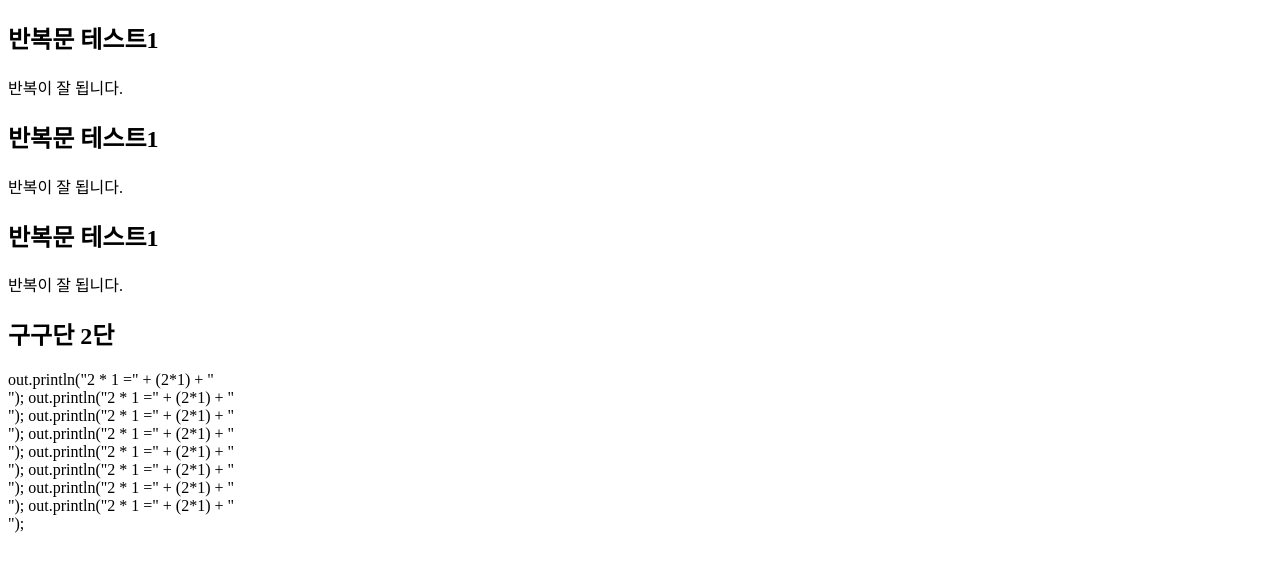
Repository: Kimhwawon/jsp_practice
Page: http://localhost/JSPBasic/JspTag/Scriptlet.jsp
An editor plug-in stored every save of this project. The page is shown before and after the next save, followed by the edit.
The browser window is 1280 px wide. The pictures show the whole page.
The page is served by Tomcat 9.

Above is the page before, as saved 2022-01-28 02:40:28.

### JSPBasic/src/main/webapp/JspTag/Scriptlet.jsp
<%@ page language="java" contentType="text/html; charset=UTF-8"
    pageEncoding="UTF-8"%>
<!DOCTYPE html>
<html>
<head>
<meta charset="UTF-8">
<title>Insert title here</title>
</head>
<body>
	<!-- 스크립트릿 내부에는 자바 코드를 작성할 수 있으며
	이 코드를 반영해 페이지가 구성됩니다.  -->
	<% for(int i = 0; i < 3; i++){ %>
		<h2>반복문 테스트1</h2>
		<p>
			반복이 잘 됩니다.
		</p>
	<% } %>

	<!-- 하단에 구구단 코드를 작성해주세요.
	System.out.prinln() 이 괄호 내 구문을 콘솔에 찍히게 해줬다면
	out.println()은 html화면에 괄호 내 구문을 콘솔에 찍히게 해줍니다.
	(javascript의 document.write()와 같은 역할 )-->
	<h2>구구단 2단</h2>
	<% for(int i = 2; i <= 9; i++){ %>
		out.println("2 * 1 =" + (2*1) + "<br/>");


	<% } %>
</body>
</html>

After the next save:
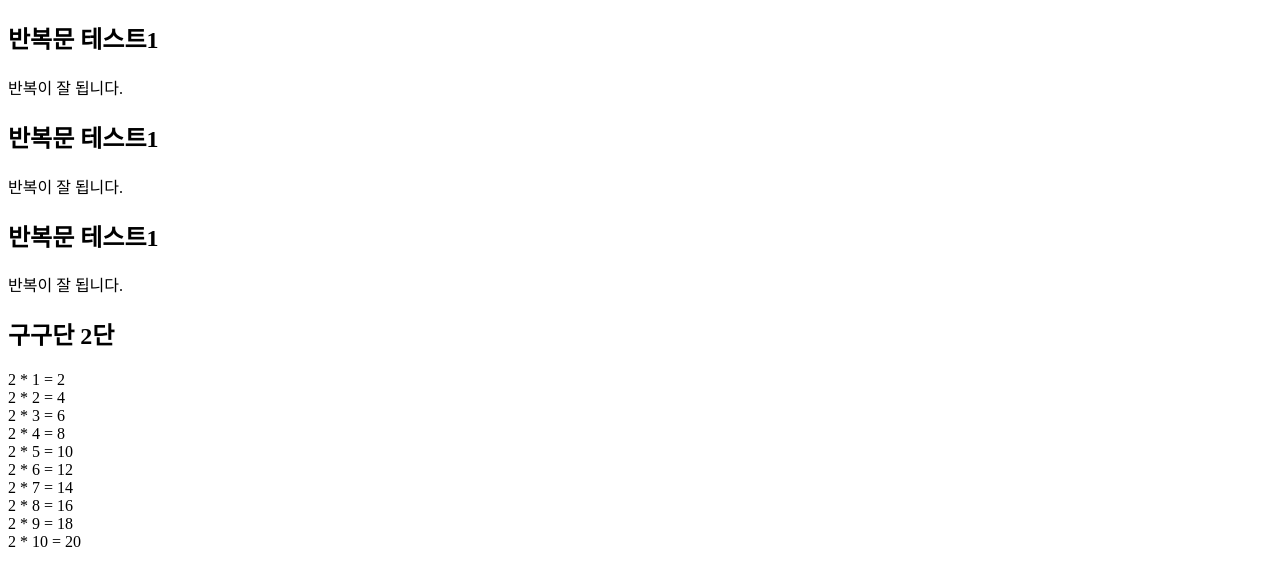
Saved 5 min 58 s later.
--- a/JSPBasic/src/main/webapp/JspTag/Scriptlet.jsp
+++ b/JSPBasic/src/main/webapp/JspTag/Scriptlet.jsp
@@ -21,10 +21,10 @@
 	out.println()은 html화면에 괄호 내 구문을 콘솔에 찍히게 해줍니다.
 	(javascript의 document.write()와 같은 역할 )-->
 	<h2>구구단 2단</h2>
-	<% for(int i = 2; i <= 9; i++){ %>
-		out.println("2 * 1 =" + (2*1) + "<br/>");
-
-
-	<% } %>
+	<%
+		for(int i = 1; i <= 10; i++){
+		out.println("2 * " + i + " = " + (2*i) + "<br/>");
+		}
+	 %>
 </body>
 </html>
